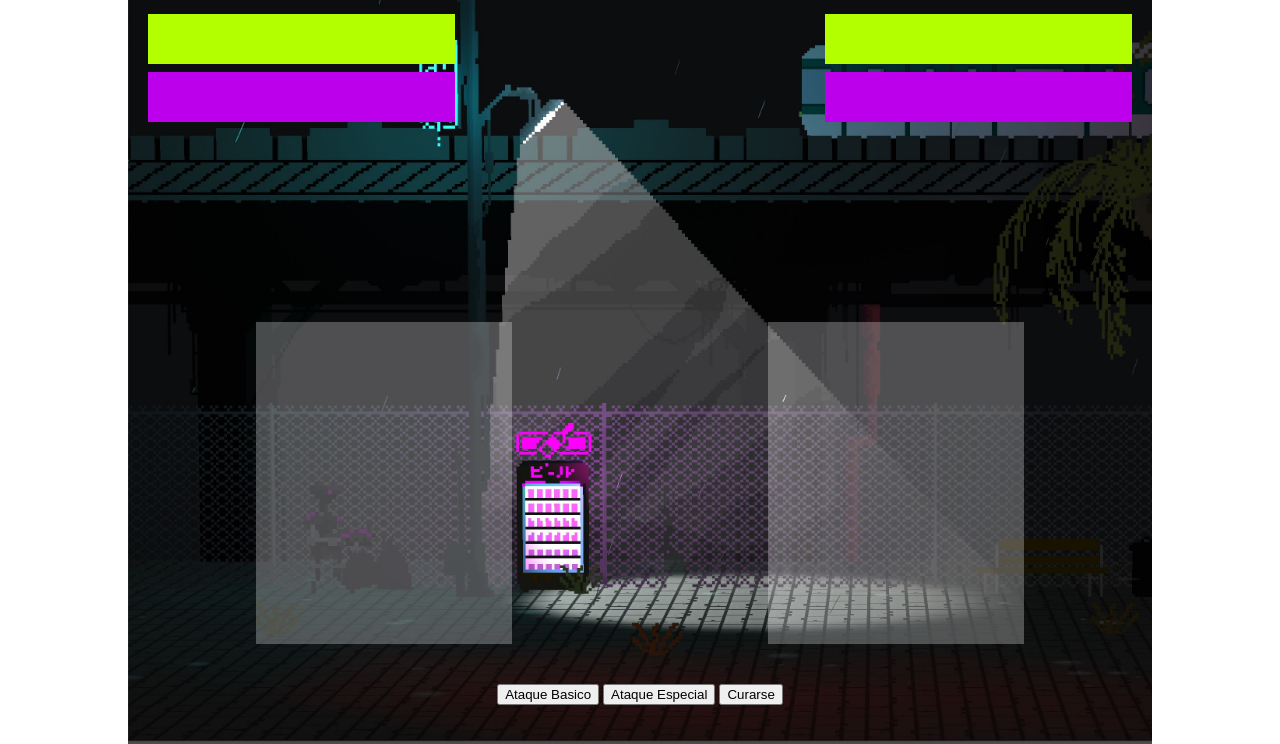
Repository: NovaDuel/novaduel-game
Page: index.html
An editor plug-in stored every save of this project. The page is shown before and after the next save, followed by the edit.
The browser window is 1280 px wide. The pictures show the whole page.

Above is the page before, as saved 2024-03-25 15:17:31.

### index.html
<!DOCTYPE html>
<html lang="en">
<head>
    <meta charset="UTF-8">
    <meta name="viewport" content="width=device-width, initial-scale=1.0">
    <link rel="stylesheet" href="style.css">
    <script src="main.js" defer></script>
    <title>NovaDuel</title>
</head>
<body>
    <div id="main-container">
        <div id="status">
            <div class="bars-wrapper">
                <div id="health-player" class="health"></div>
                <div id="stamina-player" class="stamina"></div>
            </div>
            <div class="bars-wrapper">
                <div id="health-enemy" class="health"></div>
                <div id="stamina-enemy" class="stamina"></div>
            </div>
        </div>
        <div id="characters">
            <div id="player" class="pj"></div>
            <div id="enemy" class="pj"></div>
        </div>
        <div id="actions">
            <div id="buttons">
                <button id="basic-attack" class="btn">Ataque Basico</button>
                <button id="special-attack" class="btn">Ataque Especial</button>
                <button id="heal-action" class="btn">Curarse</button>
            </div>
        </div>
    </div>
</body>
</html>

### style.css
body {
    margin: 0;
    padding: 0;
    height: 100vh;
    display: flex;
    align-items: center;
    justify-content: center;
}

#main-container {
    width: 1024px;
    height: 768px;
    background-size: cover;
    background-image: url(./images/scenario.jpg);
}

#status {
    display: flex;
    justify-content: space-between;
    width: 100%;
    height: 27%;
}

.bars-wrapper {
    display: flex;
    flex-direction: column;
    justify-content: space-evenly;
    align-items: left;
    width: 30%;
    height: 60%;
    margin-top: 30px;
    padding: 0 20px;
}

.health {
    width: 100%;
    height: 40%;
    background-color: rgb(179, 255, 0);
}

.stamina {
    width: 100%;
    height: 40%;
    background-color: rgb(189, 0, 236)
}

#characters {
    display: flex;
    align-items: end;
    justify-content: space-around;
    width: 100%;
    height: 60%;
}

.pj {
    height: 70%;
    width: 25%;
    background-color: rgba(255, 255, 255, 0.274);
}

#actions {
    height: 13%;
    display: flex;
    align-items: center;
    justify-content: center;
}

### main.js
const selector = selector => document.querySelector(selector);
const selectAll = selector => document.querySelectorAll(selector);

function Player (health, stamina, strength) {
    this.health = health;
    this.stamina = stamina;
    this.strength = strength;
    this.attackPlayer = function() {
        return this.strength;
    },
    this.specialAttackPlayer = function() {
        if (this.stamina >= 10) {
            this.stamina -= 10;
            return this.strength + 10 * Math.round(Math.random() * 3);
        }
    },
    this.receiveDamage = function(damage) {
        this.health -= damage;
    }
    this.healing = function() {
        if (this.stamina >= 20) {
            this.stamina -= 20;
            this.health += 50;
        }
    }
}


function Enemy (health, stamina, strength) {
    this.health = health;
    this.stamina = stamina;
    this.strength = strength;
    this.attackEnemy = function() {
        return this.strength;
    },
    this.specialAttackEnemy = function() {
        if (this.stamina >= 10) {
            this.stamina -= 10;
            return this.strength + 10 * Math.round(Math.random() * 3);
        }
    },
    this.receiveDamage = function (damage) {
        this.health -= damage;
    },
    this.healing = function() {
        if (this.stamina >= 20) {
            this.stamina -= 20;
            this.health += 50;
        }
    }
}

function Game() {

}

let player = new Player(100, 100, 20);
let enemy = new Enemy(100, 100, 18);

function actionsEnemy() {
    if (enemy.stamina >= 10) {
        if (enemy.health === 100) {
            let randomAction = Math.floor(Math.random() * 2);
            switch(randomAction) {
                case 0:
                    let enemyStrength = enemy.attackEnemy();
                    player.receiveDamage(enemyStrength);
                    selector("#health-player").style.width = `${player.health}%`;
                    break;
                case 1:
                    let specialEnemyStrength = enemy.specialAttackEnemy();
                    player.receiveDamage(specialEnemyStrength);
                    selector("#health-player").style.width = `${player.health}%`;
                    selector("#stamina-enemy").style.width = `${enemy.stamina}%`;
                    break;
            }
        } else {
            let randomAction = Math.floor(Math.random() * 3);
            switch(randomAction) {
                case 0:
                    let enemyStrength = enemy.attackEnemy();
                    player.receiveDamage(enemyStrength);
                    selector("#health-player").style.width = `${player.health}%`;
                    break;
                case 1:
                    let specialEnemyStrength = enemy.specialAttackEnemy();
                    player.receiveDamage(specialEnemyStrength);
                    selector("#health-player").style.width = `${player.health}%`;
                    selector("#stamina-enemy").style.width = `${enemy.stamina}%`;
                    break;
                case 2:
                    enemy.healing();
                    selector("#stamina-enemy").style.width = `${enemy.stamina}%`;
                    break;
            }
        }

    } else {
        let enemyStrength = enemy.attackEnemy();
        player.receiveDamage(enemyStrength);
        selector("#health-player").style.width = `${player.health}%`;
    }
}

let buttons = selectAll(".btn");

selector('#basic-attack').addEventListener('click', function() {
    let playerStrength = player.attackPlayer();
    enemy.receiveDamage(playerStrength);
    buttons.forEach(button => {
        button.setAttribute("disabled", "")
    })
    selector("#health-enemy").style.width = `${enemy.health}%`;
    setTimeout(actionsEnemy, 500);
    setTimeout(function() {
        buttons.forEach(button => {
            button.removeAttribute("disabled", "")
        })
    }, 1000)
    stateHealth();
});
selector('#special-attack').addEventListener('click', function() {
    let playerStrength = player.specialAttackPlayer();
    enemy.receiveDamage(playerStrength);
    buttons.forEach(button => {
        button.setAttribute("disabled", "")
    })
    selector("#health-enemy").style.width = `${enemy.health}%`;
    selector("#stamina-player").style.width = `${player.stamina}%`;
    setTimeout(actionsEnemy, 500);
    setTimeout(function() {
        buttons.forEach(button => {
            button.removeAttribute("disabled", "")
        })
    }, 1000)
    stateHealth();
});
selector('#heal-action').addEventListener('click', function() {
    if (player.health >= 100 || player.stamina === 0) {
        alert("No puedes curarte ahora mismo")
    } else {
        player.healing();
        buttons.forEach(button => {
            button.setAttribute("disabled", "")
        })
        selector("#stamina-player").style.width = `${player.stamina}%`;
        setTimeout(actionsEnemy, 500);
        setTimeout(function() {
            buttons.forEach(button => {
                button.removeAttribute("disabled", "")
            })
        }, 1000)
        stateHealth();
    }
});


function stateHealth() {
    if(enemy.health === 0 || enemy.health < 0) {
        console.log('YOU WIN');
    }
    if (player.health === 0 || player.health < 0) {
        console.log('GAME OVER');
    }
}

After the next save:
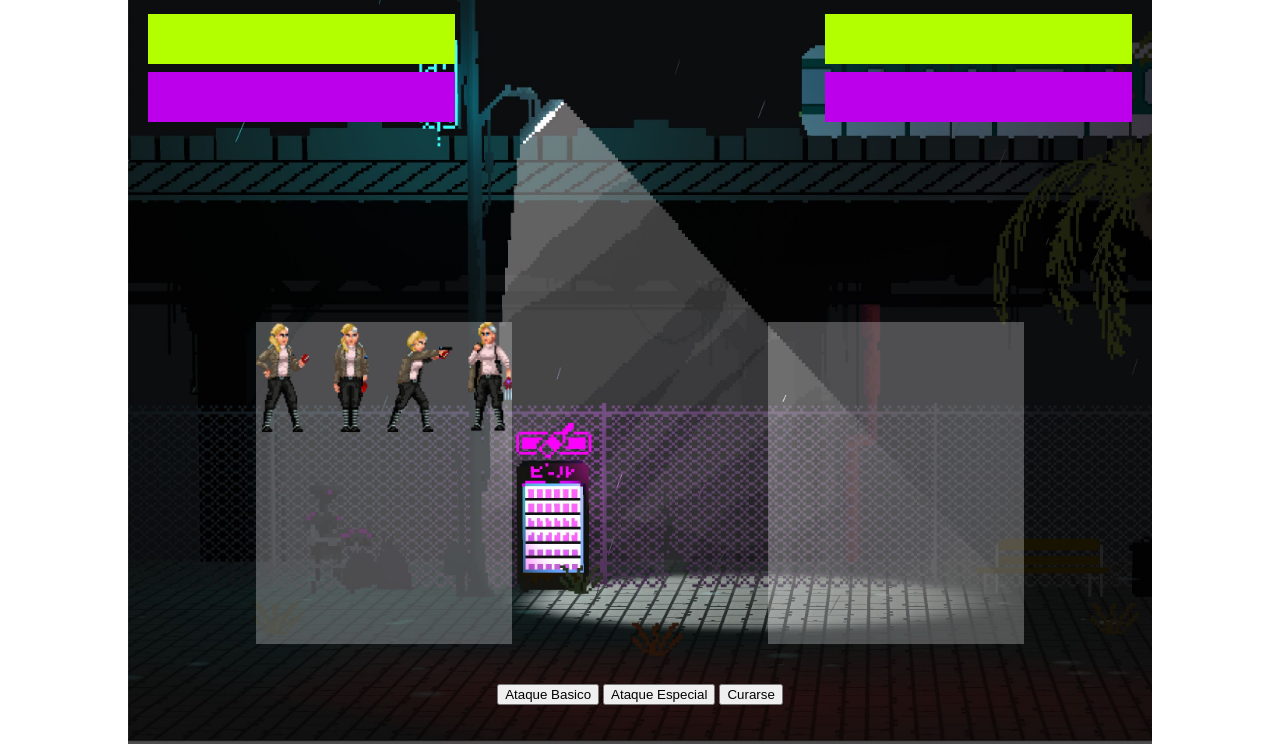
Saved 45 min 15 s later.
--- a/style.css
+++ b/style.css
@@ -58,6 +58,12 @@ body {
     background-color: rgba(255, 255, 255, 0.274);
 }
 
+#player {
+    background-size: contain;
+    background-repeat: no-repeat;
+    background-image: url(./images/player.png)
+}
+
 #actions {
     height: 13%;
     display: flex;
